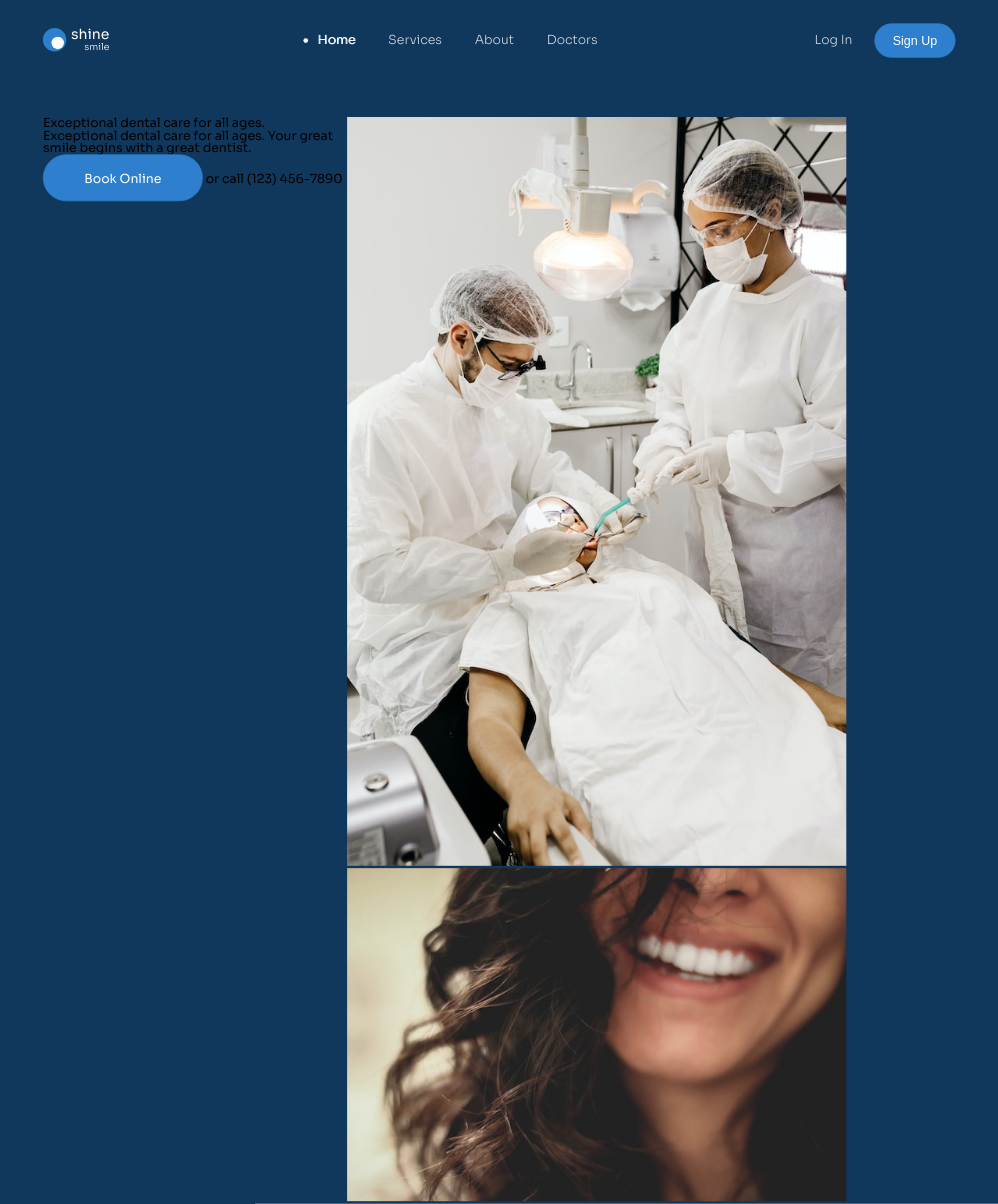
Repository: anhtien111198/f8-htmlcss-03
Page: index.html
These files come from the project's save history. The page is drawn as it stood at one moment and after the next save; the edit follows.
The browser window is 1280 px wide. The pictures show the whole page, at 78% of full size.

Above is the page before, as saved 2023-05-12 13:44:00.

### index.html
<!DOCTYPE html>
<html lang="en">
    <head>
        <meta charset="UTF-8" />
        <meta http-equiv="X-UA-Compatible" content="IE=edge" />
        <meta name="viewport" content="width=device-width, initial-scale=1.0" />
        <title>shine smile</title>
        <!-- favicon -->
        <link
            rel="apple-touch-icon"
            sizes="57x57"
            href="./assets/favicon/apple-icon-57x57.png"
        />
        <link
            rel="apple-touch-icon"
            sizes="60x60"
            href="./assets/favicon/apple-icon-60x60.png"
        />
        <link
            rel="apple-touch-icon"
            sizes="72x72"
            href="./assets/favicon/apple-icon-72x72.png"
        />
        <link
            rel="apple-touch-icon"
            sizes="76x76"
            href="./assets/favicon/apple-icon-76x76.png"
        />
        <link
            rel="apple-touch-icon"
            sizes="114x114"
            href="./assets/favicon/apple-icon-114x114.png"
        />
        <link
            rel="apple-touch-icon"
            sizes="120x120"
            href="./assets/favicon/apple-icon-120x120.png"
        />
        <link
            rel="apple-touch-icon"
            sizes="144x144"
            href="./assets/favicon/apple-icon-144x144.png"
        />
        <link
            rel="apple-touch-icon"
            sizes="152x152"
            href="./assets/favicon/apple-icon-152x152.png"
        />
        <link
            rel="apple-touch-icon"
            sizes="180x180"
            href="./assets/favicon/apple-icon-180x180.png"
        />
        <link
            rel="icon"
            type="image/png"
            sizes="192x192"
            href="./assets/favicon/android-icon-192x192.png"
        />
        <link
            rel="icon"
            type="image/png"
            sizes="32x32"
            href="./assets/favicon/favicon-32x32.png"
        />
        <link
            rel="icon"
            type="image/png"
            sizes="96x96"
            href="./assets/favicon/favicon-96x96.png"
        />
        <link
            rel="icon"
            type="image/png"
            sizes="16x16"
            href="./assets/favicon/favicon-16x16.png"
        />
        <link rel="manifest" href="./assets/favicon/manifest.json" />
        <meta name="msapplication-TileColor" content="#ffffff" />
        <meta
            name="msapplication-TileImage"
            content="./assets/favicon/ms-icon-144x144.png"
        />
        <meta name="theme-color" content="#ffffff" />
        <!-- font -->
        <link rel="preconnect" href="https://fonts.googleapis.com" />
        <link rel="preconnect" href="https://fonts.gstatic.com" crossorigin />
        <link
            href="https://fonts.googleapis.com/css2?family=Sora:wght@200;300;400;500;600;700;800&display=swap"
            rel="stylesheet"
        />
        <!-- reset css -->
        <link rel="stylesheet" href="./assets/css/reset.css" />
        <!-- style css -->
        <link rel="stylesheet" href="./assets/css/style.css" />
    </head>
    <body>
        <header class="header">
            <div class="container">
                <!-- header top -->
                <div class="header-top">
                    <!-- logo -->
                    <a href="/">
                        <div class="logo">
                            <span class="logo__circle"></span>
                            <span class="logo__text">
                                <span class="logo__brand">shine</span>
                                <span class="logo__brand logo__brand--small">
                                    smile
                                </span>
                            </span>
                        </div>
                    </a>
                    <!-- navbar -->
                    <nav class="navbar">
                        <ul class="navbar__list">
                            <li class="navbar__item">
                                <a
                                    href="#!"
                                    class="navbar__link navbar__link--active"
                                >
                                    Home
                                </a>
                            </li>
                            <li class="navbar__item">
                                <a href="#!" class="navbar__link">Services</a>
                            </li>
                            <li class="navbar__item">
                                <a href="#!" class="navbar__link">About</a>
                            </li>
                            <li class="navbar__item">
                                <a href="#!" class="navbar__link">Doctors</a>
                            </li>
                        </ul>
                    </nav>
                    <!-- action -->
                    <div class="header-action">
                        <a href="#!" class="header-action__login">Log In</a>
                        <button href="#!" class="btn header-action__signup">
                            Sign Up
                        </button>
                    </div>
                </div>
                <!-- Hero -->
                <section class="hero">
                    <!-- hero content -->
                    <section class="hero__content">
                        <h1 class="hero__heading">
                            Exceptional dental care for all ages.
                        </h1>
                        <p class="hero__desc">
                            Exceptional dental care for all ages. Your great
                            smile begins with a great dentist.
                        </p>
                        <div class="hero__row">
                            <a href="" class="btn">Book Online</a>
                            <span class="hero__phone"
                                >or call (123) 456-7890</span
                            >
                        </div>
                    </section>
                    <!-- hero media -->
                    <div class="hero__media">
                        <figure class="hero__images">
                            <img
                                src="./assets/image/hero-01jpg.jpg"
                                alt=""
                                class="hero__img"
                            />
                            <img
                                src="./assets/image/hero-02.jpg"
                                alt=""
                                class="hero__img"
                            />
                        </figure>
                    </div>
                </section>
            </div>
        </header>
    </body>
</html>

### assets/css/style.css
* {
    box-sizing: border-box;
}
:root {
    --header-bg: #10375c;
}
html {
    font-size: 62.5%;
}
body {
    font-size: 1.6rem;
    font-family: "Sora", sans-serif;
}
/* ======Common========= */
a {
    text-decoration: none;
}
.container {
    width: 1170px;
    max-width: calc(100% - 48px);
    margin: 0 auto;
}
.btn {
    --height: 60px;
    display: inline-block;
    min-width: 205px;
    height: var(--height);
    padding: 0 20px;
    border-radius: 99px;
    border: 1px solid #2e80ce;
    font-size: 1.6rem;
    font-weight: 400;
    line-height: var(--height);
    color: #fff;
    text-align: center;
    background: #2e80ce;
}
.btn:hover {
    opacity: 0.9;
    cursor: pointer;
}
/* ========header============= */
.header {
    min-height: 100vh;
    padding-top: 30px;
    background: var(--header-bg);
}
.logo {
    position: relative;
    display: inline-flex;
    font-size: 1rem;
}
.logo__circle::after,
.logo__circle::before {
    content: "";
    display: inline-block;
    border-radius: 50%;
}
.logo__circle::before {
    width: 3em;
    height: 3em;
    background: #2e80ce;
}
.logo__circle::after {
    position: absolute;
    top: 1.1em;
    left: 1.1em;
    width: 1.6em;
    height: 1.6em;
    background: #ffffff;
}
.logo__text {
    margin-left: 0.6em;
    text-align: right;
    line-height: 1.6em;
}
.logo__brand {
    display: block;
    font-size: 1.8em;
    font-weight: 400;
    color: #ffffff;
}
.logo__brand--small {
    font-size: 1.2em;
    font-weight: 300;
}
/* ========Header top========== */
.header-top {
    display: flex;
    align-items: center;
    justify-content: space-between;
}
.navbar__list {
    display: flex;
}
.header-action__login,
.navbar__link {
    padding: 4px 21px;
    font-weight: 300;
    font-size: 1.6rem;
    color: #c9d2da;
}
.navbar__link:hover,
.navbar__link--active {
    color: #fff;
    text-shadow: 1px 0 0 currentColor;
}
.navbar__link--active::before {
    position: relative;
    top: -2px;
    left: -8px;
    content: "";
    display: inline-block;
    width: 6px;
    height: 6px;
    border-radius: 50%;
    background: #fff;
}
.header-action {
    display: flex;
    align-items: center;
}
.header-action__login {
    margin-right: 7px;
}
.header-action__signup {
    --height: 44px;
    min-width: 104px;
}
/* ========hero=========== */
.hero {
    display: flex;
    margin-top: 76px;
}

Loaded but not shown: assets/css/reset.css (common file)

After the next save:
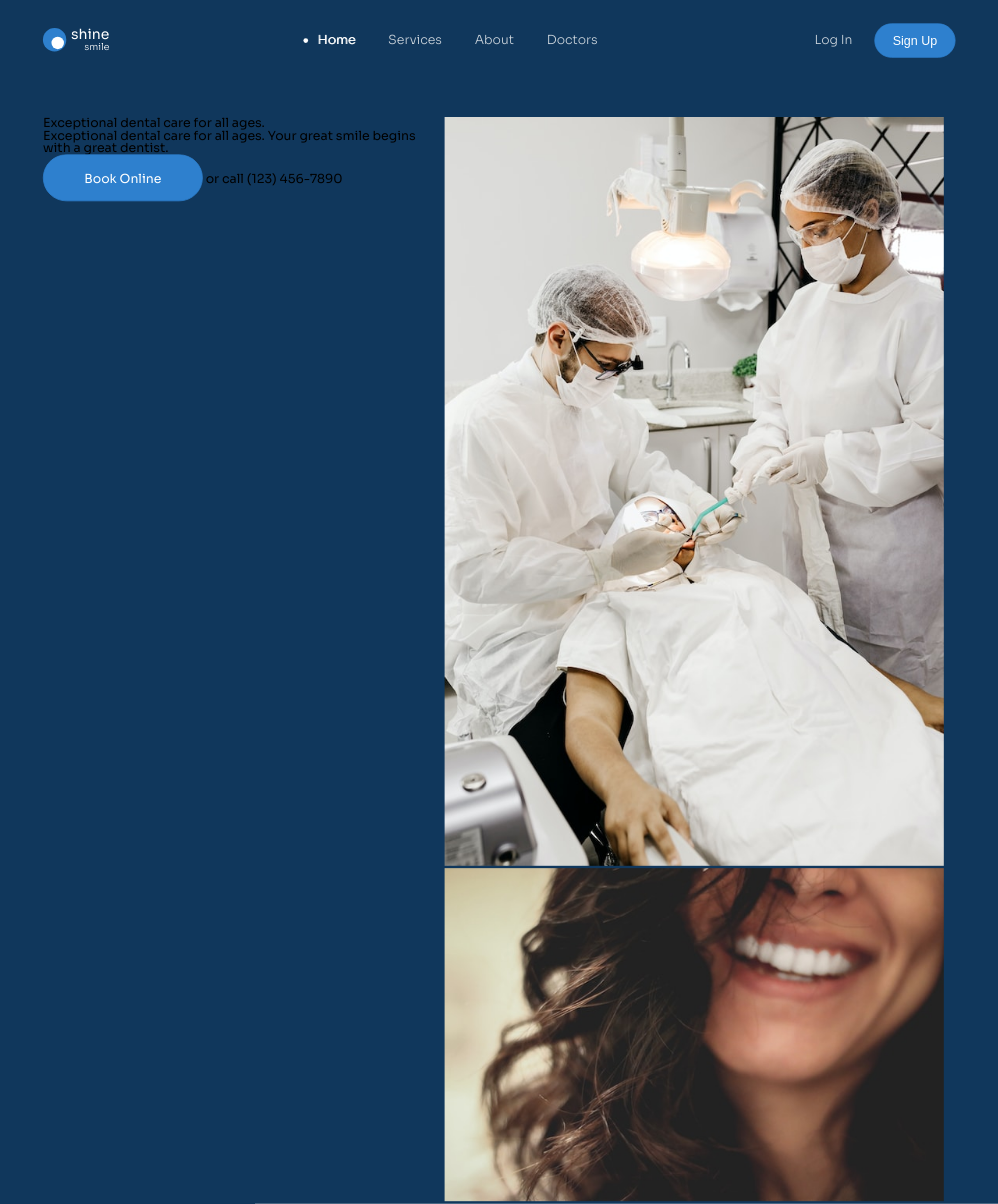
Saved 76 s later.
--- a/assets/css/style.css
+++ b/assets/css/style.css
@@ -132,3 +132,9 @@ a {
     display: flex;
     margin-top: 76px;
 }
+.hero__content {
+    width: 44%;
+}
+.hero__media {
+    width: 56%;
+}
